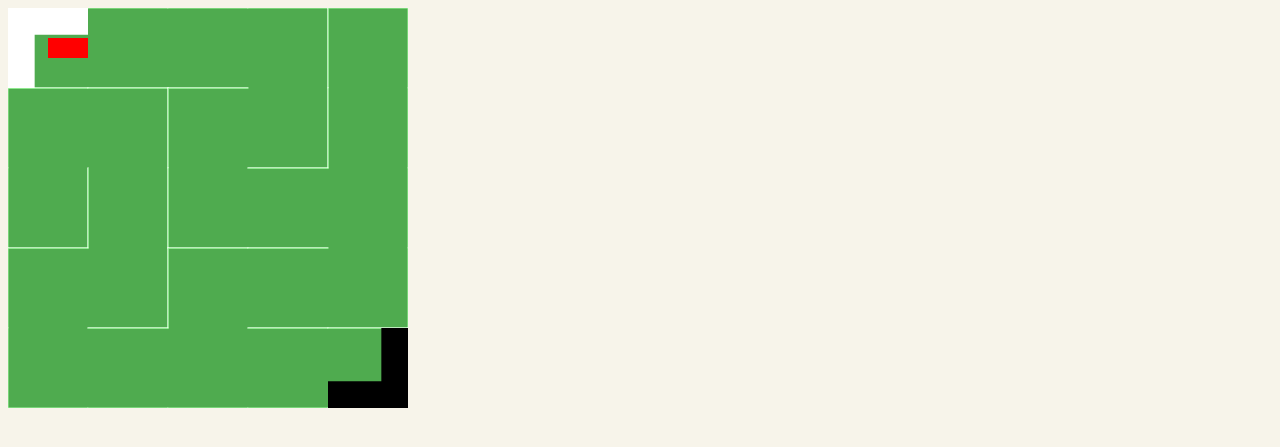
Repository: animarcus/maze-generator
Page: index.html
These files come from the project's save history. The page is drawn as it stood at one moment and after the next save; the edit follows.
The browser window is 1280 px wide. The pictures show the whole page.
Some web libraries are served in a nearby version.

Above is the page before, as saved 2020-09-12 17:54:55.

### index.html
<!DOCTYPE html>
<html lang="en">
<head>
  <link rel="apple-touch-icon" sizes="180x180" href="/icons/apple-touch-icon.png">
  <link rel="icon" type="image/png" sizes="32x32" href="/icons/favicon-32x32.png">
  <link rel="icon" type="image/png" sizes="16x16" href="/icons/favicon-16x16.png">
  <link rel="manifest" href="/icons/site.webmanifest">
  <link rel="mask-icon" href="/icons/safari-pinned-tab.svg" color="#5bbad5">
  <link rel="shortcut icon" href="/icons/favicon.ico">
  <meta name="msapplication-TileColor" content="#da532c">
  <meta name="msapplication-config" content="/icons/browserconfig.xml">
  <meta name="theme-color" content="#ffffff">

  <script type="text/javascript" src="https://cdn.jsdelivr.net/npm/p5@1.1.4/lib/p5.min.js"></script>
  <script src="js/cell.js"></script>
  <script src="js/sketch.js"></script>
  <script src="js/solver.js"></script>


  <link rel="stylesheet" href="css/style.css">
  <meta charset="UTF-8">
  <meta name="viewport" content="width=device-width, initial-scale=1.0, maximum-scale=1.0, user-scalable=0">
  <title>Maze Generator</title>
</head>
<body>
</body>
</html>

### js/cell.js
class Cell {
  constructor(i, j) {
    this.i = i;
    this.j = j;
    this.walls = [true,true,true,true];
    this.visited = false;
  }
  checkNeighbors() {
    let neighbors = [];
    // console.log(index(i+1  , j   ));
    let top     = grid[index(this.i    , this.j-1 )];
    let right   = grid[index(this.i+1  , this.j   )];
    let bottom  = grid[index(this.i    , this.j +1)];
    let left    = grid[index(this.i-1  , this.j   )];
    if (top && !top.visited) {
      neighbors.push(top);
    }
    if (right && !right.visited) {
      neighbors.push(right);
    }
    if (bottom && !bottom.visited) {
      neighbors.push(bottom);
    }
    if (left && !left.visited) {
      neighbors.push(left);
    }
    if (neighbors.length > 0) {
      let r = floor(Math.random() * neighbors.length);
      return neighbors[r];
    } else {
      return undefined;
    }
  }
  highlight() {
    let x = this.i * w;
    let y = this.j * w;
    fill(150, 0, 0, 255);
    noStroke();
    rect(x, y, w, w);
  }
  show() {
    let x = this.i*w;
    let y = this.j*w;
    stroke(255);
    if (this.walls[0]) {
      line(x,y,x+w,y);
    }
    if (this.walls[1]) {
      line(x+w,y,x+w,y+w);
    }
    if (this.walls[2]) {
      line(x+w,y+w,x,y+w);
    }
    if (this.walls[3]) {
      line(x,y+w,x,y);
    }
    if (this.visited) {
      noStroke();
      fill(100, 255, 100, 150);
      rect(x, y, w, w);
    }
  }
}

### js/sketch.js



let cols, rows;
let w = 80;
let grid = [];
let current;
let stack = [new Cell(0, 0)];

let generated;
let solveOK;


function setup() {
  createCanvas(400,400);
  cols = floor(width/w);
  rows = floor(width/w);

  // frameRate(7);

  generated = false;
  solveOK = false;

  for (let j = 0; j < rows; j++) {
    for (let i = 0; i < cols; i++) {
      let cell = new Cell(i,j);
      grid.push(cell);
    }
  }
  current = grid[0];
}

function draw() {
  background(51);
  for (let i = 0; i < grid.length; i++) {
    grid[i].show();
  }
  if (!generated) {
    maze.generateMaze();
  } else if (solveOK) {
    maze.solveMaze();
  }
}


let maze = {
  generateMaze : function() {
    current.visited = true;
    current.highlight();
    let next = current.checkNeighbors();
    // console.log(stack);
    if (next) {
      next.visited = true;
      //step 2
      stack.push(next);
      //step 3
      removeWalls(current, next);
      //step 4
      current = next;
    } else if (stack.length > 0) {
      current = stack.pop();
      if (stack.length == 0) {
        frameRate(3);
        // console.log("no");
        solver = new Solver(0, 0);
        generated = true;

        solveOK = true;
      }
    }
  },
  solveMaze : function() {
    // grid[0].highlight();
    noStroke();
    fill(color("white"));
    rect(grid[0].i, grid[0].j, w/3, w);
    rect(grid[0].i, grid[0].j, w, w/3);
    fill(color("black"));
    rect(grid[grid.length-1].i*w + w, grid[grid.length-1].j*w + w, -w/3, -w);
    rect(grid[grid.length-1].i*w + w, grid[grid.length-1].j*w + w, -w, -w/3);

    fill(color("red"));
    // rect(solver.i+w/10,solver.j+w/10,w-w/5,w-w/5);
    solver.draw();
    solver.move();
  }
};


function index(i, j) {
  if (i < 0 || j < 0 || i > cols-1 || j > rows-1) {
    return -1;
  }
  return i + j * cols;
}


function removeWalls(a, b) {
  let x = a.i - b.i;
  if (x === 1) {
    a.walls[3] = false;
    b.walls[1] = false;
  } else if (x == -1) {
    a.walls[1] = false;
    b.walls[3] = false;
  }

  let y = a.j - b.j;
  if (y === 1) {
    a.walls[0] = false;
    b.walls[2] = false;
  } else if (y === -1) {
    a.walls[2] = false;
    b.walls[0] = false;
  }

}

### js/solver.js
let facing;
class Solver {
  constructor(x, y) {
    this.i = x;
    this.j = y;
    this.direction = 1; // up-right-down-left
  }
  draw() {
    this.current = grid[index(this.i, this.j)];
    if (this.direction > 3) {
      this.direction = 0;
    }

    fill(color("red"));
    let x = this.i*w;
    let y = this.j*w;

    if (this.direction % 4 === 0) {
      this.facing = grid[index(this.i, this.j-1)];
      rect(x + w/2-w/8, y + w/2, w/4, -w/2);
    } else if (this.direction % 4 === 1) {
      rect(x + w/2, y + w/2-w/8, w/2, w/4);
      this.facing = grid[index(this.i+1, this.j)];
    } else if (this.direction % 4 === 2) {
      rect(x + w/2-w/8, y + w/2, w/4, w/2);
      this.facing = grid[index(this.i, this.j+1)];
    } else if (this.direction % 4 === 3) {
      rect(x + w/2, y + w/2-w/8, -w/2, w/4);
      this.facing = grid[index(this.i-1, this.j)];
    }
    if (this.facing === undefined) {
      console.log("boop");
      this.facing = {"walls" : [true, true, true, true]};
    }
  }
  move() {
    // if (current.walls[front]) {
    //   if (current.walls[front+1]) {
    //     //
    //   }
    // }
    // up wall check : this.current.walls[0] && this.facing.walls[2]
    // right wall check : this.current.walls[1] && this.facing.walls[3]
    // down wall check : this.current.walls[2] && this.facing.walls[0]
    // left wall check : this.current.walls[3] && this.facing.walls[1]
  }
}

### css/style.css
* {
  cursor: default;
  /* -webkit-touch-callout: none;
  -webkit-user-select: none;
  -khtml-user-select: none;
  -moz-user-select: none;
  -ms-user-select: none;
  user-select: none; */
}
body {
  background: #f7f4ea;
  height: 100%;
  overflow-y: hidden;
  overflow-x: hidden;
  /* border-radius: 50%; */
}

/* p {
  position: absolute;
  top:50%;
  left:50%;
  transform: translate(-50%,-50%);
} */

After the next save:
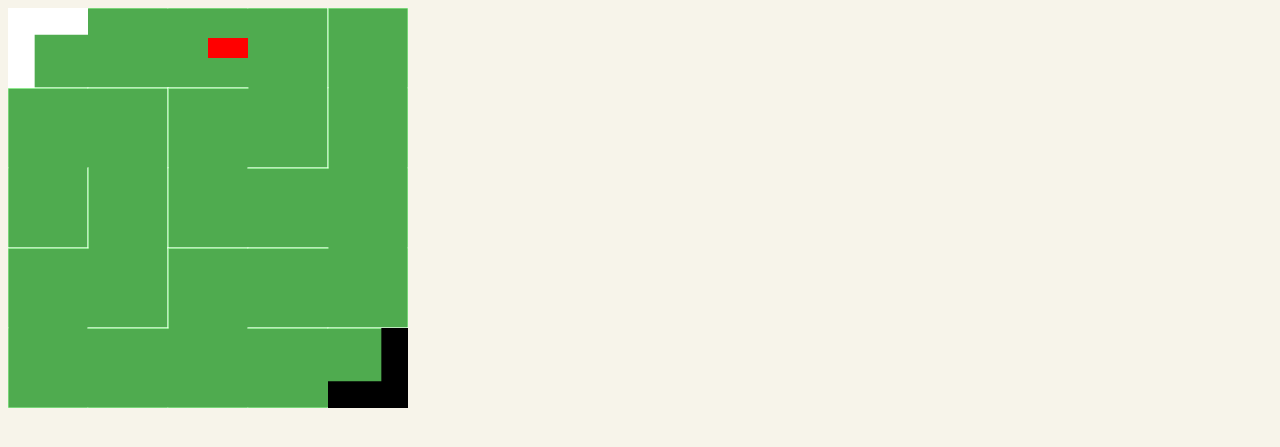
Console error: ReferenceError: direction is not defined
Saved 5 min 10 s later.
--- a/js/solver.js
+++ b/js/solver.js
@@ -7,9 +7,6 @@
   }
   draw() {
     this.current = grid[index(this.i, this.j)];
-    if (this.direction > 3) {
-      this.direction = 0;
-    }
 
     fill(color("red"));
     let x = this.i*w;
@@ -34,11 +31,19 @@
     }
   }
   move() {
-    // if (current.walls[front]) {
-    //   if (current.walls[front+1]) {
-    //     //
-    //   }
-    // }
+
+    if (this.facing.walls[1]) {
+      if (this.facing.walls[2]) {
+        direction += 1;
+      } else if (this.facing.walls[0]) {
+        direction -= 1;
+      } else {
+        direction += 2;
+      }
+    } else {
+      this.i = this.facing.i;
+      this.j = this.facing.j;
+    }
     // up wall check : this.current.walls[0] && this.facing.walls[2]
     // right wall check : this.current.walls[1] && this.facing.walls[3]
     // down wall check : this.current.walls[2] && this.facing.walls[0]

After the save that followed:
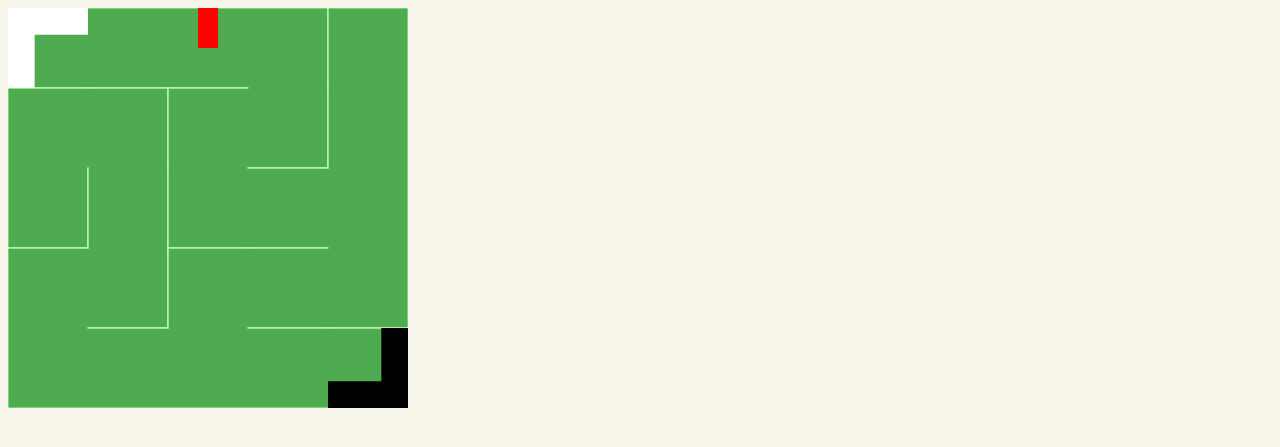
The error is gone.
Saved 23 s later.
--- a/js/solver.js
+++ b/js/solver.js
@@ -34,11 +34,11 @@
 
     if (this.facing.walls[1]) {
       if (this.facing.walls[2]) {
-        direction += 1;
+        this.direction += 1;
       } else if (this.facing.walls[0]) {
-        direction -= 1;
+        this.direction -= 1;
       } else {
-        direction += 2;
+        this.direction += 2;
       }
     } else {
       this.i = this.facing.i;
